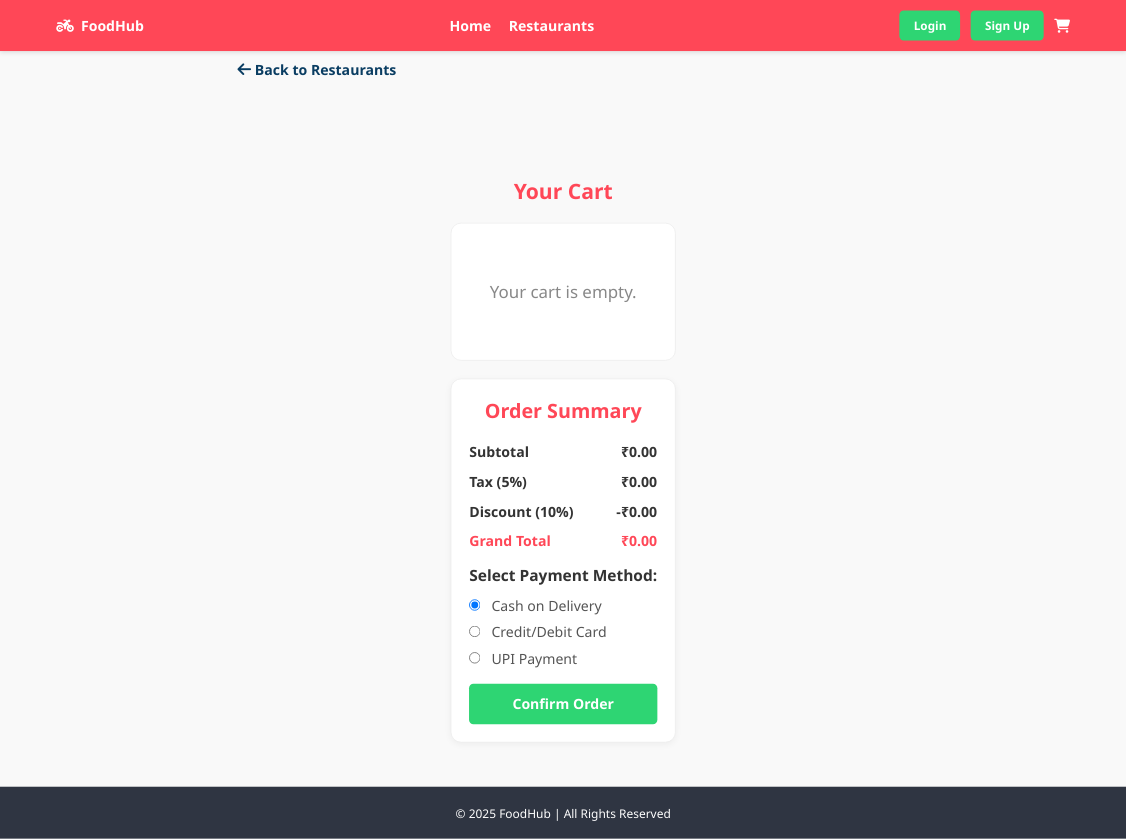
Repository: srinithiashoka/FoodDeliveryApp
Page: http://localhost/FoodDeliveryApp/cart.jsp
The author's editor kept a copy of each file at every save. The page is drawn from the files as they stood at one save, then again after the next save.
The browser window is 1280 px wide. The pictures show the whole page, at 88% of full size.
The page is served by Tomcat 10. Other server files are loaded and not shown. Queries for data that is not in the repository find no rows.

Above is the page before, as saved 2025-12-03 16:42:38.

### FoodDeliveryApp/src/main/webapp/cart.jsp
<%@ page language="java" contentType="text/html; charset=UTF-8" pageEncoding="UTF-8"%>
<%@ page import="java.util.List" %>
<%@ page import="com.foodapp.model.CartItem" %>
<%@ page import="com.foodapp.dao.impl.CartDAOImpl" %>
<%@ page import="com.foodapp.dao.impl.MenuDAOImpl" %>
<%@ page import="com.foodapp.model.Menu" %>
<%@ page import="com.foodapp.model.User" %>

<%
    CartDAOImpl cartDAO = new CartDAOImpl();
    MenuDAOImpl menuDAO = new MenuDAOImpl();

    User user = (User) session.getAttribute("user");
    Integer userId = (user != null) ? user.getUserId() : 0;

    List<CartItem> cartItems = cartDAO.getCartByUser(userId);

    double subtotal = 0;
    for(CartItem item : cartItems){
        subtotal += item.getPrice() * item.getQuantity();
    }
    double tax = subtotal * 0.05;
    double discount = subtotal * 0.1;
    double grandTotal = subtotal + tax - discount;
%>

<!DOCTYPE html>
<html lang="en">
<head>
<meta charset="UTF-8">
<meta name="viewport" content="width=device-width, initial-scale=1.0">
<title>FoodHub - Your Cart</title>
<link rel="stylesheet" href="https://cdnjs.cloudflare.com/ajax/libs/font-awesome/6.5.0/css/all.min.css">
<link rel="stylesheet" href="css/cart.css">
</head>
<body>

<!-- Toast -->
<div id="toast"></div>

<header>
    <div class="container">
        <div class="navbar">
            <div class="logo">
                <i class="fa-solid fa-motorcycle"></i>
                <span>FoodHub</span>
            </div>
            <ul class="nav-menu">
                <li><a href="home.jsp">Home</a></li>
                <li><a href="home.jsp">Restaurants</a></li>
            </ul>
            <div class="nav-actions">
                <% if(user == null){ %>
                    <button onclick="location.href='login.jsp'" class="btn btn-login">Login</button>
                    <button onclick="location.href='signup.jsp'" class="btn btn-signup">Sign Up</button>
                <% } else { %>
                    <span>Welcome, <%= user.getUsername() %></span>
                <% } %>
                <div class="cart-icon-wrapper">
                    <a href="cart.jsp" title="View Cart">
                        <i class="fas fa-shopping-cart"></i>
                    </a>
                    <% if(cartItems.size() > 0) { %>
                        <span class="cart-badge"><%= cartItems.size() %></span>
                    <% } %>
                </div>
            </div>
        </div>
    </div>
</header>
<div class="back-link-container">
    <a href="home.jsp" class="back-link"><i class="fa fa-arrow-left"></i> Back to Restaurants</a>
</div>

<div class="cart-container">
    <h2 class="cart-title">Your Cart</h2>

    <% if(cartItems.isEmpty()){ %>
        <p class="empty-cart">Your cart is empty.</p>
    <% } else {
        for(CartItem item : cartItems){
            Menu menu = menuDAO.getMenuItemById(item.getMenuId());
            String imagePath = (menu != null && menu.getImagePath() != null && !menu.getImagePath().isEmpty())
                               ? menu.getImagePath()
                               : "images/default-food.jpg";
    %>
            <div class="cart-item" data-menu-id="<%= item.getMenuId() %>">
                <div class="cart-image">
                    <img src="<%= request.getContextPath() + "/" + imagePath %>"
                         alt="<%= item.getFoodName() %>"
                         onerror="this.src='<%= request.getContextPath() %>/images/default-food.jpg'"
                         style="width: 80px; height: 80px; object-fit: cover;">
                </div>
                <div class="cart-content">
                    <div class="cart-header">
                        <h3><%= item.getFoodName() %></h3>
                        <div class="cart-price" data-price="<%= item.getPrice() %>">₹<%= item.getPrice() %></div>
                    </div>
                    <div class="quantity-controls">
                        <button class="qty-btn decrease">-</button>
                        <input type="number" class="quantity-input" value="<%= item.getQuantity() %>" min="1" max="99">
                        <button class="qty-btn increase">+</button>
                        <button class="btn-remove">Remove</button>
                    </div>
                </div>
            </div>
    <% }} %>

    <div class="cart-summary">
        <h3>Order Summary</h3>
        <div class="summary-row">Subtotal <span id="subtotal">₹<%= String.format("%.2f", subtotal) %></span></div>
        <div class="summary-row">Tax (5%) <span id="tax">₹<%= String.format("%.2f", tax) %></span></div>
        <div class="summary-row">Discount (10%) <span id="discount">-₹<%= String.format("%.2f", discount) %></span></div>
        <div class="summary-row grand-total">Grand Total <span id="grandTotal">₹<%= String.format("%.2f", grandTotal) %></span></div>

        <div class="payment-method">
            <h4>Select Payment Method:</h4>
            <label><input type="radio" name="payment" value="cash" checked> Cash on Delivery</label>
            <label><input type="radio" name="payment" value="card"> Credit/Debit Card</label>
            <label><input type="radio" name="payment" value="upi"> UPI Payment</label>
        </div>

        <button class="checkout-btn" onclick="confirmOrder()">Confirm Order</button>
    </div>
</div>

<footer>
    <p>© 2025 FoodHub | All Rights Reserved</p>
</footer>

<script>
// Toast function
function showToast(message) {
    const toast = document.getElementById("toast");
    toast.textContent = message;
    toast.className = "show";
    setTimeout(() => {
        toast.className = toast.className.replace("show", "");
    }, 3000);
}

// Update totals
function updateTotals() {
    let subtotal = 0;
    document.querySelectorAll('.cart-item').forEach(item => {
        const qty = parseInt(item.querySelector('.quantity-input').value) || 0;
        const price = parseFloat(item.querySelector('.cart-price').dataset.price) || 0;
        subtotal += qty * price;
    });
    const tax = subtotal * 0.05;
    const discount = subtotal * 0.1;
    const grandTotal = subtotal + tax - discount;

    document.getElementById('subtotal').textContent = '₹' + subtotal.toFixed(2);
    document.getElementById('tax').textContent = '₹' + tax.toFixed(2);
    document.getElementById('discount').textContent = '-₹' + discount.toFixed(2);
    document.getElementById('grandTotal').textContent = '₹' + grandTotal.toFixed(2);
}

// Update cart quantity to server
function updateCartServer(menuId, quantity) {
    fetch('<%= request.getContextPath() %>/updateCart', {
        method: 'POST',
        headers: {'Content-Type': 'application/x-www-form-urlencoded'},
        body: `menuId=${menuId}&quantity=${quantity}`
    }).catch(err => console.error('Cart update failed:', err));
}

// Confirm Order
function confirmOrder() {
    const payment = document.querySelector('input[name="payment"]:checked').value;
    fetch('<%= request.getContextPath() %>/confirmOrder', {
        method: 'POST',
        headers: {'Content-Type': 'application/x-www-form-urlencoded'},
        body: `payment=${payment}`
    })
    .then(response => {
        if(response.ok){
            showToast("Order placed successfully!");
            setTimeout(() => {
                window.location.href = '<%= request.getContextPath() %>/trackorder.jsp';
            }, 1200);
        } else {
            showToast("Order failed. Please try again.");
        }
    }).catch(err => {
        console.error('Order request failed:', err);
        showToast("Order failed. Please try again.");
    });
}

// Quantity and Remove Button Events
document.addEventListener('DOMContentLoaded', function() {
    document.querySelectorAll('.cart-item').forEach(item => {
        const qtyInput = item.querySelector('.quantity-input');

        item.querySelector('.increase').addEventListener('click', () => {
            let currentQty = parseInt(qtyInput.value) || 1;
            qtyInput.value = currentQty + 1;
            updateTotals();
            updateCartServer(item.dataset.menuId, qtyInput.value);
        });
        item.querySelector('.decrease').addEventListener('click', () => {
            let currentQty = parseInt(qtyInput.value) || 1;
            if(currentQty > 1) {
                qtyInput.value = currentQty - 1;
                updateTotals();
                updateCartServer(item.dataset.menuId, qtyInput.value);
            }
        });
        item.querySelector('.btn-remove').addEventListener('click', () => {
            updateCartServer(item.dataset.menuId, 0);
            item.style.opacity = '0.5';
            setTimeout(() => item.remove(), 300);
            updateTotals();
        });
        qtyInput.addEventListener('change', () => {
            let qty = parseInt(qtyInput.value) || 1;
            if(qty < 1) qty = 1;
            if(qty > 99) qty = 99;
            qtyInput.value = qty;
            updateTotals();
            updateCartServer(item.dataset.menuId, qty);
        });
    });
});
</script>

</body>
</html>

### FoodDeliveryApp/src/main/java/com/foodapp/dao/impl/MenuDAOImpl.java
package com.foodapp.dao.impl;

import com.foodapp.dao.MenuDAO;
import com.foodapp.model.Menu;
import com.foodapp.util.DBConnection;

import java.sql.*;
import java.util.ArrayList;
import java.util.List;

public class MenuDAOImpl implements MenuDAO {

    @Override
    public boolean addMenuItem(Menu menu) {
        String sql = "INSERT INTO menu (restaurantId, itemName, description, price, isAvailable, imagePath) VALUES (?, ?, ?, ?, ?, ?)";
        try (Connection conn = DBConnection.getConnection();
             PreparedStatement ps = conn.prepareStatement(sql)) {
            ps.setInt(1, menu.getRestaurantId());
            ps.setString(2, menu.getItemName());
            ps.setString(3, menu.getDescription());
            ps.setDouble(4, menu.getPrice());
            ps.setBoolean(5, menu.isAvailable());
            ps.setString(6, menu.getImagePath());
            return ps.executeUpdate() > 0;
        } catch (SQLException e) { e.printStackTrace(); }
        return false;
    }

    @Override
    public boolean updateMenuItem(Menu menu) {
        String sql = "UPDATE menu SET restaurantId=?, itemName=?, description=?, price=?, isAvailable=?, imagePath=? WHERE menuId=?";
        try (Connection conn = DBConnection.getConnection();
             PreparedStatement ps = conn.prepareStatement(sql)) {
            ps.setInt(1, menu.getRestaurantId());
            ps.setString(2, menu.getItemName());
            ps.setString(3, menu.getDescription());
            ps.setDouble(4, menu.getPrice());
            ps.setBoolean(5, menu.isAvailable());
            ps.setString(6, menu.getImagePath());
            ps.setInt(7, menu.getMenuId());
            return ps.executeUpdate() > 0;
        } catch (SQLException e) { e.printStackTrace(); }
        return false;
    }

    @Override
    public boolean deleteMenuItem(int menuId) {
        String sql = "DELETE FROM menu WHERE menuId=?";
        try (Connection conn = DBConnection.getConnection();
             PreparedStatement ps = conn.prepareStatement(sql)) {
            ps.setInt(1, menuId);
            return ps.executeUpdate() > 0;
        } catch (SQLException e) { e.printStackTrace(); }
        return false;
    }

    @Override
    public Menu getMenuItemById(int menuId) {
        String sql = "SELECT * FROM menu WHERE menuId=?";
        try (Connection conn = DBConnection.getConnection();
             PreparedStatement ps = conn.prepareStatement(sql)) {
            ps.setInt(1, menuId);
            ResultSet rs = ps.executeQuery();
            if (rs.next()) return extractMenu(rs);
        } catch (SQLException e) { e.printStackTrace(); }
        return null;
    }

    @Override
    public List<Menu> getAllMenuItems() {
        List<Menu> list = new ArrayList<>();
        String sql = "SELECT * FROM menu";
        try (Connection conn = DBConnection.getConnection();
             Statement st = conn.createStatement();
             ResultSet rs = st.executeQuery(sql)) {
            while (rs.next()) list.add(extractMenu(rs));
        } catch (SQLException e) { e.printStackTrace(); }
        return list;
    }

    @Override
    public List<Menu> getMenuByRestaurant(int restaurantId) {
        List<Menu> list = new ArrayList<>();
        String sql = "SELECT * FROM menu WHERE restaurantId=?";
        try (Connection conn = DBConnection.getConnection();
             PreparedStatement ps = conn.prepareStatement(sql)) {
            ps.setInt(1, restaurantId);
            ResultSet rs = ps.executeQuery();
            while (rs.next()) list.add(extractMenu(rs));
        } catch (SQLException e) { e.printStackTrace(); }
        return list;
    }

    private Menu extractMenu(ResultSet rs) throws SQLException {
        Menu menu = new Menu();
        menu.setMenuId(rs.getInt("menuId"));
        menu.setRestaurantId(rs.getInt("restaurantId"));
        menu.setItemName(rs.getString("itemName"));
        menu.setDescription(rs.getString("description"));
        menu.setPrice(rs.getDouble("price"));
        menu.setAvailable(rs.getBoolean("isAvailable"));
        menu.setImagePath(rs.getString("imagePath"));
        return menu;
    }
}

### FoodDeliveryApp/src/main/webapp/css/cart.css
/* =======================
   RESET & GENERAL
======================= */
* {
    margin: 0;
    padding: 0;
    box-sizing: border-box;
    font-family: "Segoe UI", Tahoma, Geneva, Verdana, sans-serif;
}
a {
    text-decoration: none;
    color: inherit;
}
body {
    display: flex;
    flex-direction: column;
    min-height: 100vh;
    background: #f9f9f9;
    color: #333;
}
.container {
    width: 90%;
    max-width: 1200px;
    margin: auto;
}

/* =======================
   HEADER
======================= */
header {
    background: #ff4757;
    padding: 12px 0;
    color: white;
    position: sticky;
    top: 0;
    z-index: 100;
    box-shadow: 0 2px 5px rgba(0, 0, 0, 0.1);
}
.navbar {
    display: flex;
    justify-content: space-between;
    align-items: center;
}
.logo {
    display: flex;
    align-items: center;
    gap: 8px;
    font-weight: 700;
    transition: transform 0.5s ease, color 0.5s ease;
}
.logo:hover {
    transform: rotate(-5deg) scale(1.05);
    color: #ffeaa7;
}
.scooter-icon {
    font-size: 28px;
    animation: bounce 2s infinite;
    color: white;
}
@keyframes bounce {
    0%, 100% { transform: translateY(0); }
    50% { transform: translateY(-6px); }
}
.nav-menu {
    display: flex;
    list-style: none;
    gap: 20px;
}
.nav-menu li a {
    font-weight: bold;
    color: white;
    transition: color 0.3s;
}
.nav-menu li a:hover { color: #ffeaa7; }
.nav-actions {
    display: flex;
    align-items: center;
    gap: 12px;
}
.btn {
    padding: 8px 16px;
    border: none;
    border-radius: 5px;
    cursor: pointer;
    font-weight: bold;
    transition: background 0.3s, transform 0.2s;
}
.btn-login, .btn-signup {
    background: #2ed573;
    color: white;
}
.btn-login:hover, .btn-signup:hover {
    background: #26c35e;
    transform: scale(1.05);
}
.cart-icon-wrapper { position: relative; }
.cart-badge {
    position: absolute;
    top: -5px;
    right: -7px;
    background: #ff4757;
    color: white;
    font-size: 12px;
    padding: 2px 6px;
    border-radius: 50%;
}

/* =======================
   CART CONTAINER
======================= */
.cart-container {
    padding: 50px 0;
    max-width: 900px;
    margin: 0 auto;
}
/* Back link container ensures full width and left alignment */
.back-link-container {
    width: 100%;
    padding: 10px 20px; /* adjust horizontal padding as needed */
    background: #f9f9f9;
}

/* Back link styling */
.back-link {
    display: inline-block;
    align-items: center;
    gap: 15px;
       margin-bottom: 40px;
     color: #0a3d62;
     margin-top:250;
    font-size: 1rem;
    font-weight: 600;
    margin-left: 250px;
    text-decoration: none;
}
.back-link i { font-size: 1.1rem; }
.back-link:hover { text-decoration: underline; }

.cart-container h2 {
    text-align: center;
    color: #ff4757;
    margin-bottom: 20px;
    margin-top: 10px;
}


/* Empty cart */
.empty-cart {
    text-align: center;
    padding: 4rem 2rem;
    background: #fff;
    border-radius: 12px;
    border: 1px solid #eee;
    color: #888;
    font-size: 1.2rem;
    margin-bottom: 20px;
}

/* Cart items */
.cart-item {
    display: flex;
    align-items: center;
    margin-bottom: 20px;
    padding: 12px;
    border-bottom: 1px solid #eee;
    background: #fff;
    border-radius: 8px;
    transition: box-shadow 0.3s;
}
.cart-item:hover { box-shadow: 0 4px 12px rgba(0,0,0,0.1); }

.cart-image {
    background: #fff;
    padding: 8px;
    border-radius: 12px;
    width: 120px;
    height: 120px;
    flex-shrink: 0;
    display: flex;
    align-items: center;
    justify-content: center;
    margin-right: 20px;
}
.cart-image img {
    width: 100%;
    height: 100%;
    object-fit: cover;
    border-radius: 12px;
}

.cart-content {
    flex: 1;
}
.cart-header {
    display: flex;
    justify-content: space-between;
    align-items: center;
}
.cart-header h3 { margin: 0; font-size: 1.2rem; color: #ff4757; }
.cart-price { font-weight: bold; margin-top: 6px; }

.quantity-controls {
    display: flex;
    align-items: center;
    gap: 8px;
    margin-top: 6px;
    flex-wrap: wrap;
}
.quantity-input {
    width: 40px;
    height: 36px;
    text-align: center;
    border-radius: 5px;
    border: 1px solid #ccc;
    background: #f7f7f7;
    font-size: 0.9rem;
}
.qty-btn {
    border: none;
    background: #ddd;
    padding: 6px 10px;
    border-radius: 5px;
    cursor: pointer;
    font-weight: bold;
    font-size: 0.85rem;
    display: flex;
    align-items: center;
    justify-content: center;
}
.qty-btn:hover { background: #bbb; }
.btn-remove {
    background: #ff6b81;
    color: white;
    border: none;
    padding: 0 12px;
    border-radius: 5px;
    height: 36px;
    display: flex;
    align-items: center;
    justify-content: center;
    cursor: pointer;
    font-weight: bold;
    font-size: 0.85rem;
}
.btn-remove:hover { background: #ff5252; }

/* Cart Summary */
.cart-summary {
    background: #fff;
    padding: 20px;
    border-radius: 12px;
    margin-top: 20px;
    border: 1px solid #eee;
    box-shadow: 0 2px 8px rgba(0,0,0,0.05);
}
.cart-summary h3 {
    text-align: center;
    color: #ff4757;
    margin-bottom: 20px;
    font-size: 1.4rem;
}
.summary-row {
    display: flex;
    justify-content: space-between;
    margin-bottom: 12px;
    font-size: 1rem;
    font-weight: 600;
}
.summary-row:last-child { border-top: 2px solid #eee; padding-top: 12px; font-size: 1.1rem; }
.grand-total { color: #ff4757; font-weight: bold; }

.checkout-btn {
    width: 100%;
    padding: 12px;
    background: #2ed573;
    color: white;
    border: none;
    border-radius: 5px;
    font-weight: bold;
    cursor: pointer;
    font-size: 1rem;
    margin-top: 10px;
    transition: background 0.3s;
}
.checkout-btn:hover { background: #26c35e; }

/* Payment */
.payment-method {
    margin-top: 15px;
}
.payment-method h4 {
    font-size: 1.1rem;
    margin-bottom: 12px;
    color: #333;
    font-weight: 600;
}
.payment-method label {
    font-weight: 500;
    margin-bottom: 8px;
    display: block;
    cursor: pointer;
    color: #555;
}
.payment-method input[type="radio"] { margin-right: 8px; }

/* Footer */
footer {
    background: #2f3542;
    color: white;
    text-align: center;
    padding: 20px 0;
    font-size: 0.85rem;
    margin-top: auto;
}

/* Toast */
#toast {
    visibility: hidden;
    min-width: 150px;
    max-width: 220px;
    background-color: #2ed573;
    color: white;
    text-align: center;
    border-radius: 8px;
    padding: 12px;
    position: fixed;
    z-index: 9999;
    top: 20px;
    right: 20px;
    font-size: 14px;
    opacity: 0;
    transition: opacity 0.3s, visibility 0.3s;
    box-shadow: 0 2px 6px rgba(0,0,0,0.2);
}
#toast.show { visibility: visible; opacity: 1; }

/* RESPONSIVE */
@media (max-width:768px){
    .cart-item { flex-direction: column; align-items: flex-start; }
    .cart-image { width: 100%; height: 200px; margin-bottom: 12px; }
    .quantity-controls { flex-wrap: wrap; gap: 6px; }
    .btn-remove, .checkout-btn { width: 100%; }
    .back-link { font-size: 0.95rem; }
}

Loaded but not shown: FoodDeliveryApp/src/main/java/com/foodapp/dao/impl/CartDAOImpl.java (246 lines, source omitted)

After the next save:
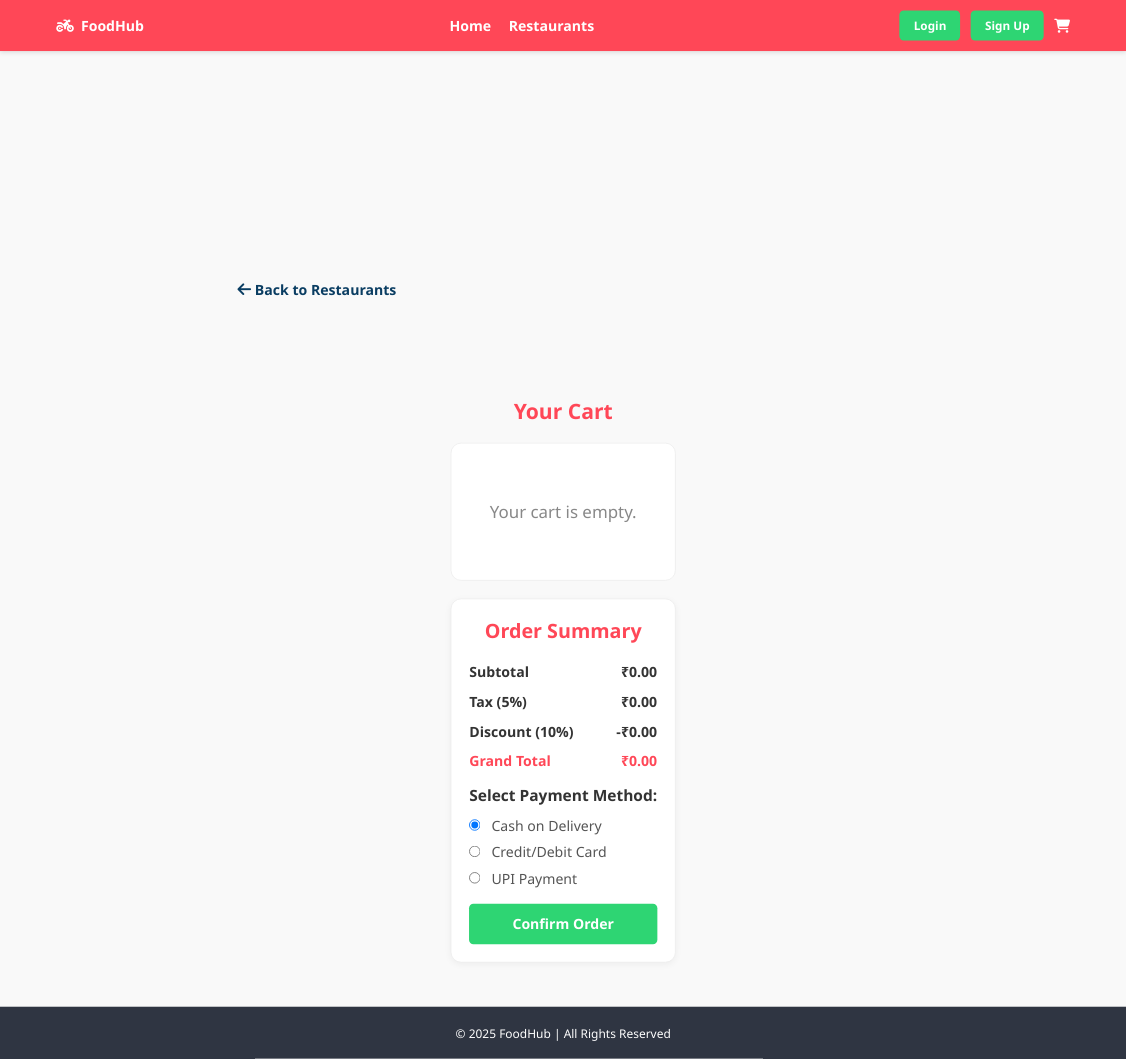
Saved 11 s later.
--- a/FoodDeliveryApp/src/main/webapp/css/cart.css
+++ b/FoodDeliveryApp/src/main/webapp/css/cart.css
@@ -127,7 +127,7 @@ header {
     gap: 15px;
        margin-bottom: 40px;
      color: #0a3d62;
-     margin-top:250;
+     margin-top:250px;
     font-size: 1rem;
     font-weight: 600;
     margin-left: 250px;
